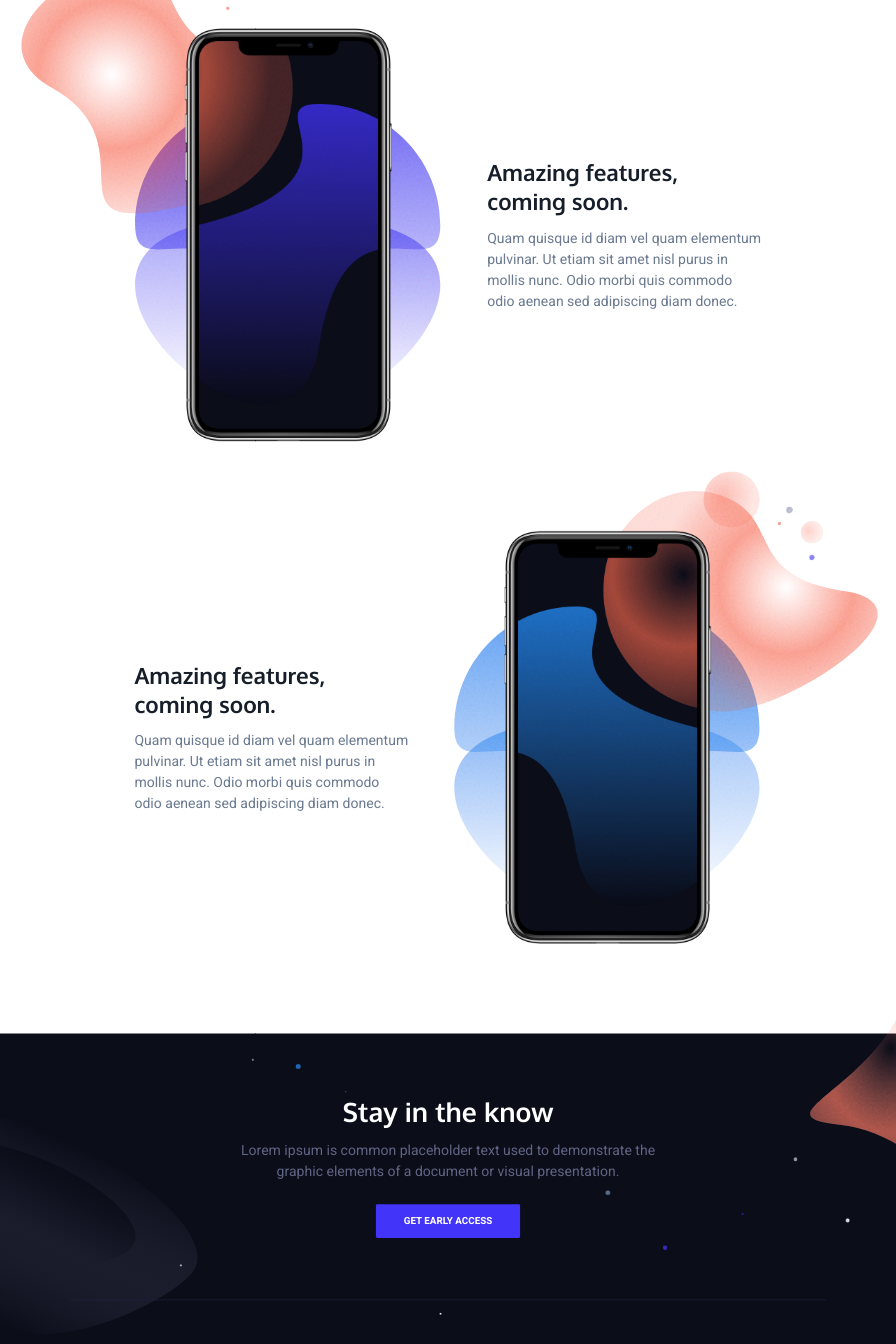
Repository: WieczorS/EventAppLandingPage
Page: index.html
The author's editor kept a copy of each file at every save. The page is drawn from the files as they stood at one save, then again after the next save.
The browser window is 1280 px wide. The pictures show the part of the page from y = 2718 to 4638 px (the page is 4781 px tall), at 70% of full size.

Above is the page before, as saved 2023-07-03 17:04:40.

After the next save:
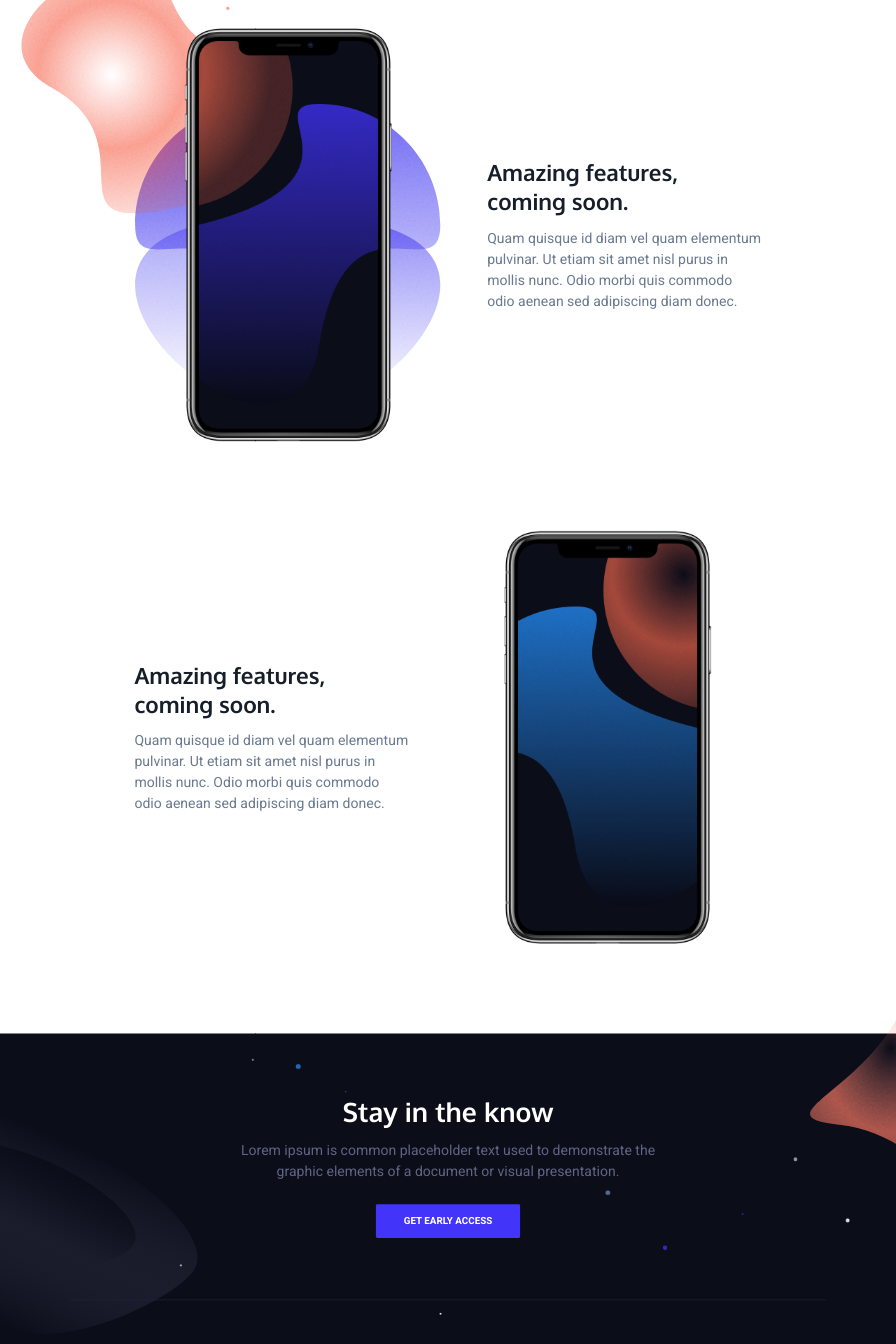
Not found: dist/images/dist/images/Tech Tech Website in Teal White Navy Gradients Style — kopia.png
Saved 50 s later.
--- a/index.html
+++ b/index.html
@@ -93,7 +93,7 @@
 							<div class="feature-extended">
 								<div class="feature-extended-image">
 									<div class="mockup-bg">
-										<img src="dist/images/iphone-feature-bg-04.svg" alt="iPhone Feature 04 illustration">
+										<img src="dist/images/dist/images/Tech Tech Website in Teal White Navy Gradients Style — kopia.png" alt="iPhone Feature 04 illustration">
 									</div>
 									<img class="device-mockup is-revealing" src="dist/images/iphone-feature-04.png" alt="iPhone Feature 04">
 								</div>
